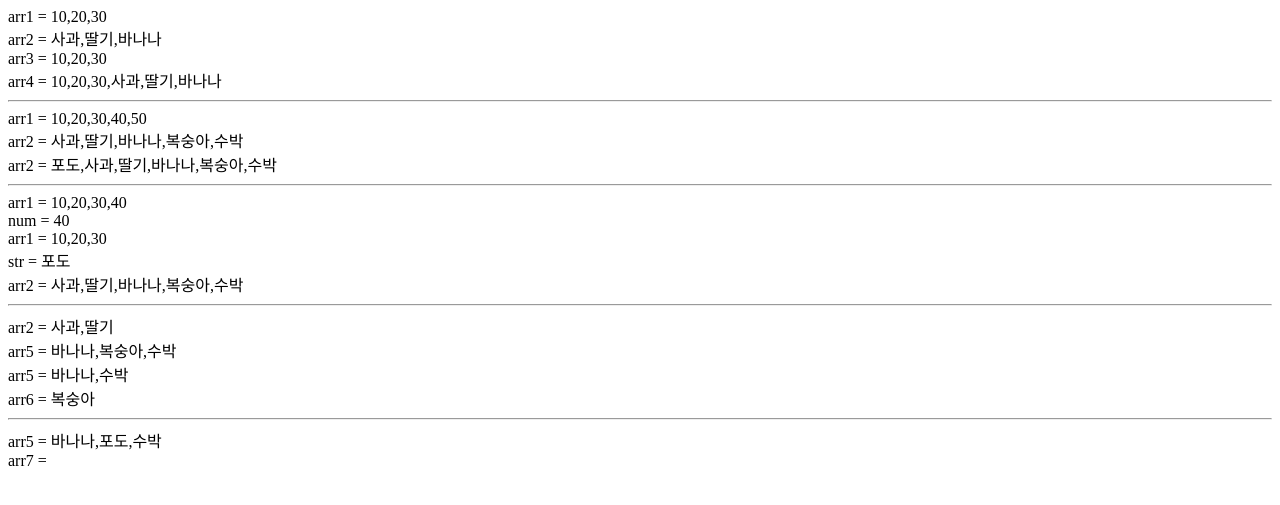
Repository: codelily98/Web
Page: JavaScript/src/main/webapp/js/exam21-1.html
An editor plug-in stored every save of this project. The page is shown before and after the next save, followed by the edit.
The browser window is 1280 px wide. The pictures show the whole page.

Above is the page before, as saved 2024-08-21 03:37:59.

After the next save:
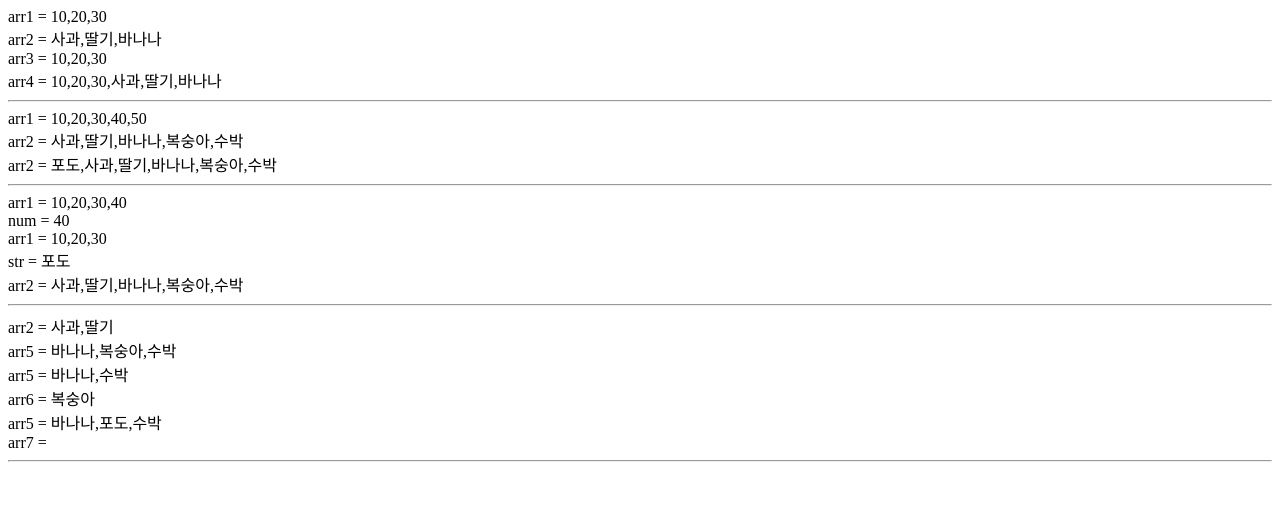
Saved 59 s later.
--- a/JavaScript/src/main/webapp/js/exam21-1.html
+++ b/JavaScript/src/main/webapp/js/exam21-1.html
@@ -56,11 +56,11 @@ document.write(`arr5 = ${arr5} <br/>`);
 let arr6 = arr5.splice(1, 1); //splice(인데스, 개수)
 document.write(`arr5 = ${arr5} <br/>`);
 document.write(`arr6 = ${arr6} <br/>`);
-document.write(`<hr/>`);
 
 let arr7 = arr5.splice(1, 0, "포도"); //splice(인데스, 개수, "추가 항목")
 document.write(`arr5 = ${arr5} <br/>`);
 document.write(`arr7 = ${arr7} <br/>`);
+document.write(`<hr/>`);
 //slice() - 배열 요소 꺼내기
 //        - 원본 변경X
 
